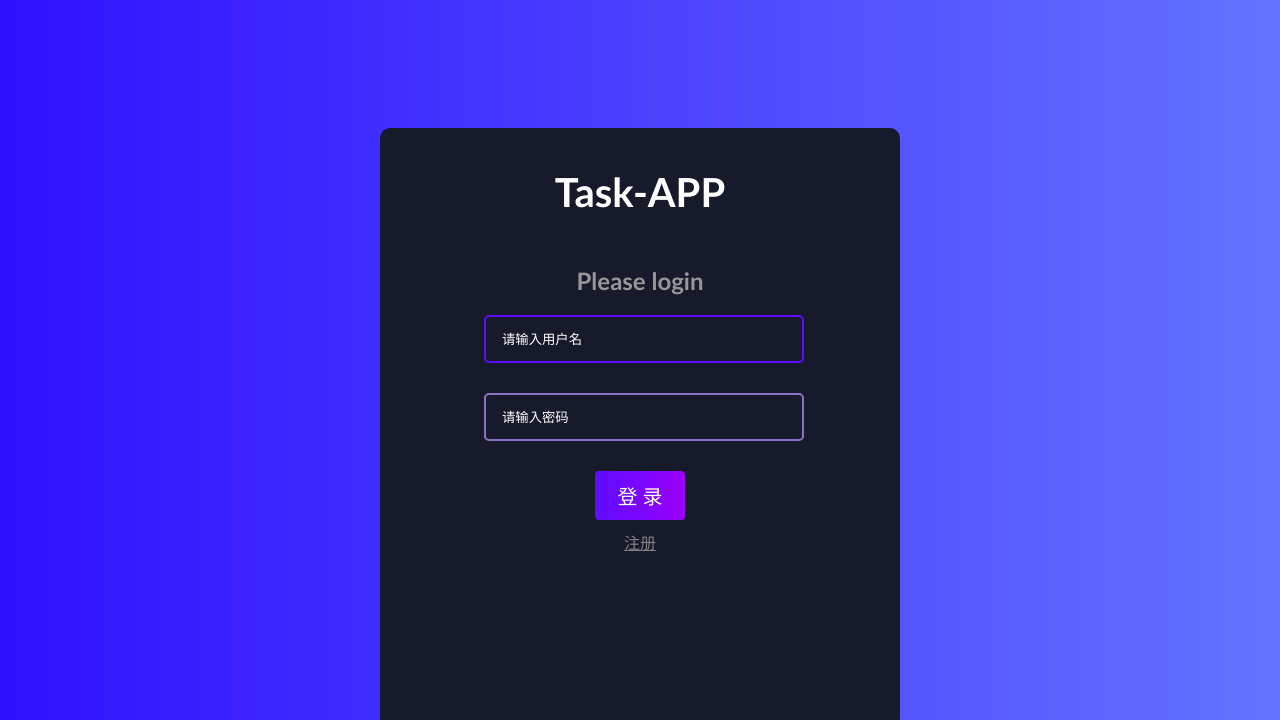
Repository: Azem723/todo-list-app
Page: /
These files come from the project's save history. The page is drawn as it stood at one moment and after the next save; the edit follows.
The browser window is 1280 px wide. The pictures show the whole page.
An inner scrolling area shows only its first screen. The project was rebuilt for these pictures with package versions that can differ from the ones it lists, and the page was loaded fresh each time. Also part of the build but not shown: src/components/todoForm/TodoForm.module.css, src/components/todoForm/TodoForm.jsx, src/components/todoList/TodoList.module.css, src/components/todo/Todo.module.css, src/components/todo/Todo.jsx, src/components/todoList/TodoList.jsx, src/pages/home/Home.jsx, src/pages/NotFoundPages.jsx and 4 more.

Above is the page before, as saved 2021-12-08 11:36:30.

After the next save:
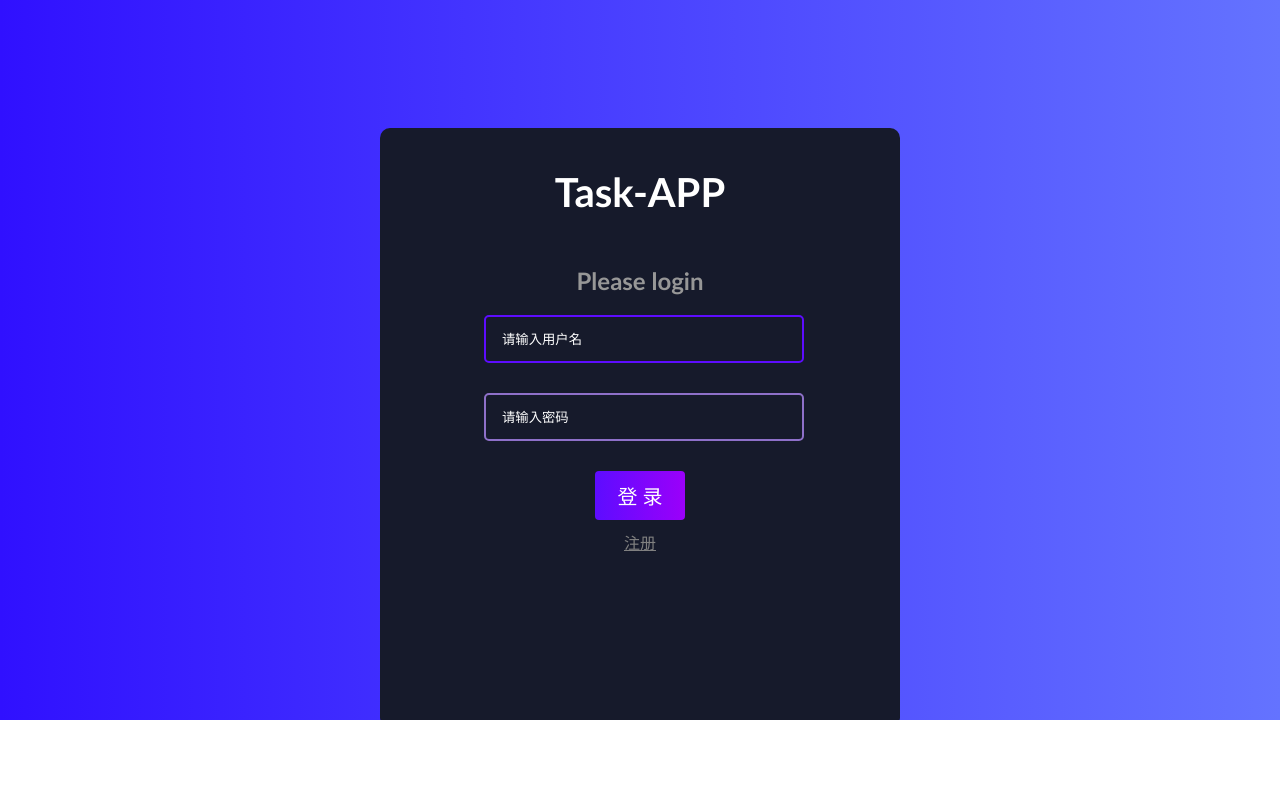
Saved 2 min 15 s later.
--- a/src/App.css
+++ b/src/App.css
@@ -7,7 +7,7 @@
 }
 
 body {
-  height: 100vh;
+  height: 110vh;
   padding-bottom: env(safe-area-inset-bottom);
 }
 .fixedBg {

After the save that followed:
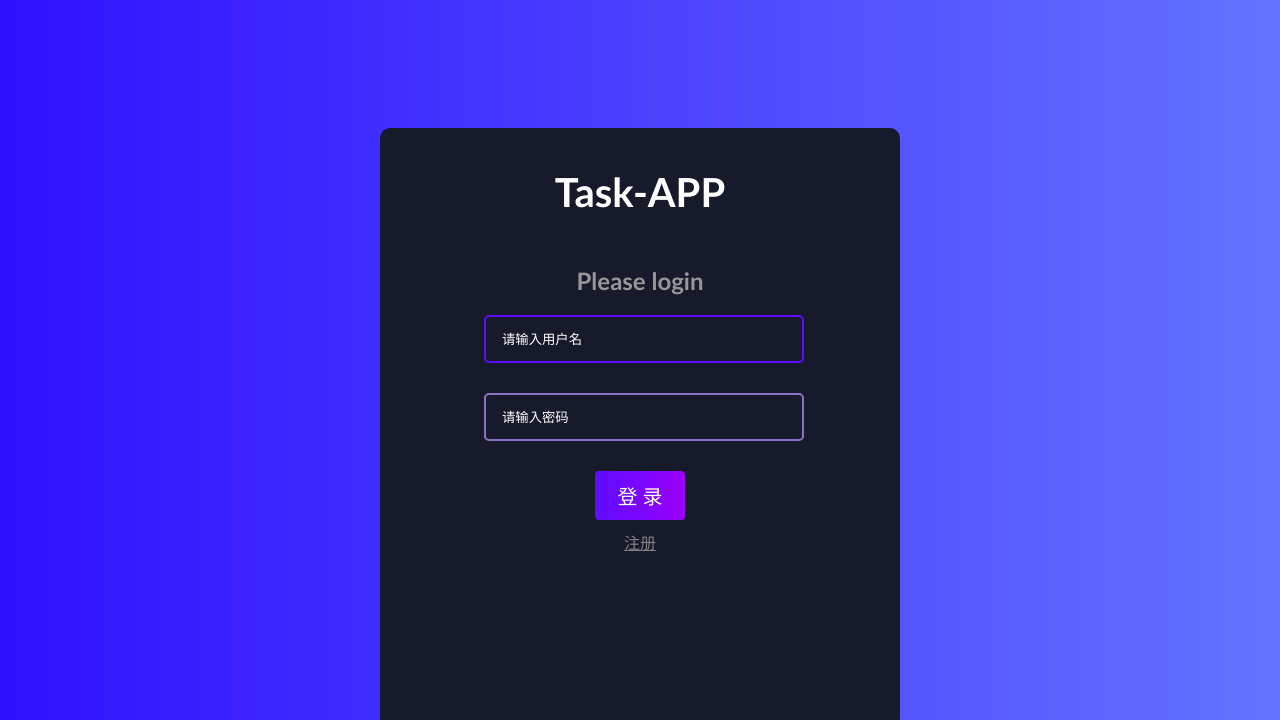
Saved 88 s later.
--- a/src/App.css
+++ b/src/App.css
@@ -7,7 +7,7 @@
 }
 
 body {
-  height: 110vh;
+  height: 100vh;
   padding-bottom: env(safe-area-inset-bottom);
 }
 .fixedBg {
